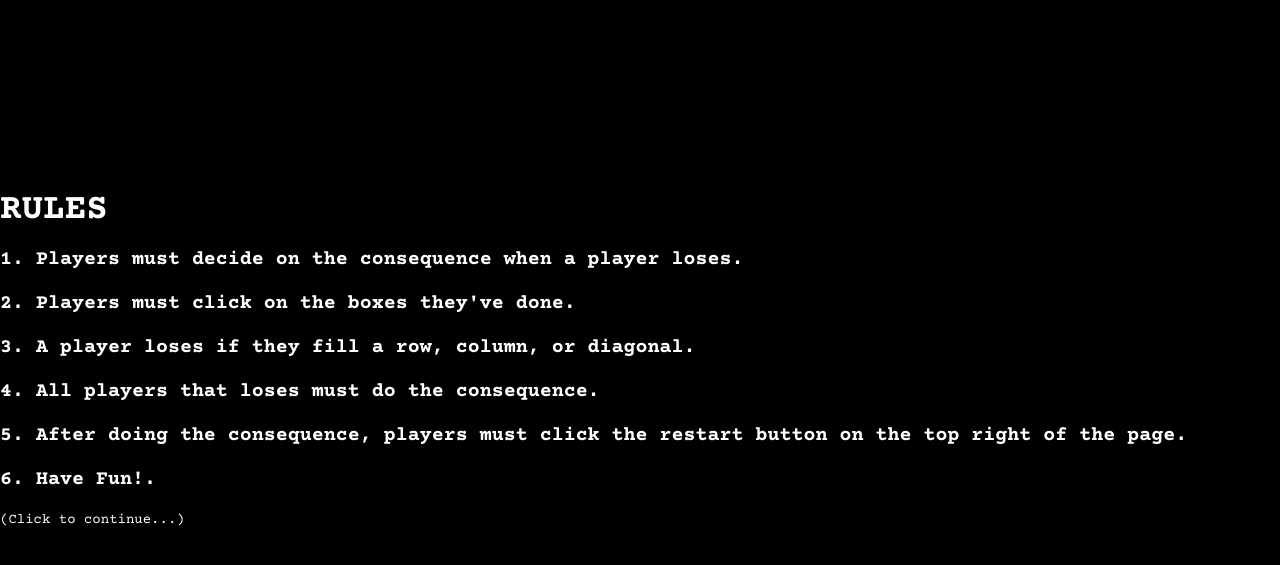
Repository: Jeysmeister/sensoryminds-bingo
Page: /
An editor plug-in stored every save of this project. The page is shown before and after the next save, followed by the edit.
The browser window is 1280 px wide. The pictures show the whole page.
The project was rebuilt for these pictures with package versions that can differ from the ones it lists, and the page was loaded fresh each time. The framework's server and built-in components were replaced by stand-ins that run in the browser. Also part of the build but not shown: next.config.ts.

Above is the page before, as saved 2024-11-12 18:06:28.

### app/layout.tsx
import type { Metadata } from "next";
import { Courier_Prime } from "next/font/google";
import "./globals.css";
import Header from "./components/Header";

export const metadata: Metadata = {
  title: "Never have I BINGO",
  description: "Sensory Minds Front-End Coding Challenge",
};

const courier = Courier_Prime({
  subsets: ["latin"],
  weight: ["400", "700"],
});

export default function RootLayout({
  children,
}: Readonly<{
  children: React.ReactNode;
}>) {
  return (
    <html lang="en">
      <body className={`${courier.className} antialiased`}>{children}</body>
    </html>
  );
}

### app/page.tsx
import { neverHaveIEverQuestions } from "@/data/questions";
import BingoCard from "./components/BingoCard";
import Header from "./components/Header";

export default function Home() {
  const getRandomQuestions = (count: number) => {
    const shuffled = [...neverHaveIEverQuestions].sort(() => 0.5 - Math.random());
    return shuffled.slice(0, count);
  };
  const questions = getRandomQuestions(24);
  return (
    <div className="flex w-screen overflow-hidden">
      {/* <div className="cursor-pointer">
        <div className="w-screen h-screen flex justify-center items-center text-white bg-black flex-col gap-4">
          <div className="text-xl font-bold">Welcome to</div> <div className="text-4xl font-bold">NEVER HAVE I BINGO</div>
          <div className="text-sm">(Click to continue...)</div>
        </div>
      </div> */}
      <div className="cursor-pointer">
        <div className="w-screen h-screen flex justify-center items-start text-white bg-black flex-col gap-4">
          <div className="text-4xl font-extrabold">RULES</div>
          <div className="text-xl font-bold">1. Players must decide on the consequence when a player loses.</div>
          <div className="text-xl font-bold">2. Players must click on the boxes they've done.</div>
          <div className="text-xl font-bold">3. A player loses if they fill a row, column, or diagonal.</div>
          <div className="text-xl font-bold">4. All players that loses must do the consequence.</div>
          <div className="text-xl font-bold">5. After doing the consequence, players must click the restart button on the top right of the page.</div>
          <div className="text-xl font-bold">6. Have Fun!.</div>
          <div className="text-sm">(Click to continue...)</div>
        </div>
      </div>
      {/* <div className="w-screen h-screen flex flex-col justify-center items-center">
        <Header />
        <BingoCard questions={questions} />
      </div> */}
    </div>
  );
}

### data/questions.ts
export const neverHaveIEverQuestions = [
  "laughed so hard I snorted",
  "eaten a whole pizza by myself",
  "stayed up all night binge-watching a series",
  "danced in the rain",
  "tried to learn another language just to impress someone",
  "accidentally texted the wrong person",
  "pretended to know a celebrity",
  "had a nightmare about work or school",
  "played a prank on a teacher or boss",
  "gone skinny dipping",
  "gotten lost in an amusement park",
  "been on a blind date",
  "pretended to be on a cooking show while making food",
  "locked myself out of my house",
  "forgotten an important anniversary or birthday",
  "tried a weird food combination that I ended up loving",
  "cried during a movie",
  "played a video game all night",
  "forgotten someone's name right after meeting them",
  "laughed at a joke I didn't get",
  "sung karaoke in public",
  "cried at a wedding",
  "been the last one awake at a sleepover",
  "tried to start a fire without matches or a lighter",
  "accidentally sent a message to the wrong person",
  "made up an excuse to get out of a date",
  "accidentally walked into the wrong restroom",
  "gotten a tattoo I regretted",
  "pretended to like a gift I didn't like",
  "been on a roller coaster",
  "cried during a song",
  "fainted in public",
  "had my phone fall in water",
  "pretended to be sick to skip school or work",
  "done a backflip",
  "lied to my best friend",
  "been scared of clowns",
  "cried at a concert",
  "sang in the shower",
  "had a crush on a teacher",
  "broken a bone",
  "eaten food that was still frozen",
  "gotten stitches",
  "driven a car",
  "ridden a motorcycle",
  "been to a haunted house",
  "been on TV",
  "been afraid of the dark",
  "been stuck in an elevator",
  "lost my wallet",
  "cooked an elaborate meal for myself",
  "accidentally broken a friend's item and didn't tell them",
  "regretted a social media post",
  "missed a flight",
  "forgotten my passport while traveling",
  "made a mess and left it for someone else to clean",
  "skipped school or work for a road trip",
  "written a poem for someone",
  "fallen asleep on public transportation and missed my stop",
  "said 'you too' when a cashier said 'enjoy your meal'",
  "been told I look like a celebrity",
  "stayed up all night talking to someone",
  "gone to a costume party as myself",
  "bought something just for the packaging",
  "tried to do the splits",
  "put something back on the shelf after deciding not to buy it",
  "worn pajamas in public",
  "ordered an item of food just to take a picture of it",
  "walked into a glass door",
  "gone somewhere just for the free food",
  "tried a dance move from a music video",
  "lost something important and found it years later",
  "kept a plant alive for over a year",
  "given a fake name at a coffee shop",
  "forgotten where I parked my car",
  "forgotten my own phone number",
  "sent a text while angry that I regretted later",
  "watched an entire series in a single day",
  "had a song stuck in my head for days",
  "missed an important event because I overslept",
  "gotten sunburned so badly I peeled",
  "tried to ice skate and fallen",
  "been in a flash mob",
  "left a comment on a stranger's social media",
  "gone to the movies alone",
  "pretended to understand something I didn't",
  "stolen something small from a hotel",
  "broken a bone and not realized it immediately",
  "sent an email without proofreading it first",
  "taken a personality quiz online",
  "signed up for something I didn't want just for a freebie",
  "gotten a scar from something silly",
  "apologized to an object after bumping into it",
  "lost track of time while browsing the internet",
  "taken a selfie with a pet",
  "stayed in pajamas all day",
  "been seasick",
  "seen a ghost",
  "tried to play matchmaker for friends",
  "pretended I knew the words to a song",
  "kept a secret for over a year",
  "ate something weird just to prove I could",
  "looked up my own name on the internet",
  "changed my hairstyle on a whim",
  "put salt in coffee or tea by accident",
  "eaten a whole cake by myself",
  "watched a movie and fell asleep halfway through",
  "had an imaginary friend",
  "been to a concert",
  "eaten food that was past its expiration date",
  "accidentally called someone by the wrong name",
  "broken something expensive and blamed it on someone else",
  "spent more than $100 on something I didn’t need",
  "used someone else's toothbrush",
  "tried to eat something spicy and regretted it immediately",
  "posted something embarrassing online",
  "tried to flirt and failed miserably",
  "lied about my age",
  "been on a dating app",
  "used a fake ID",
  "faked being sick to avoid something",
  "lived in a place that wasn’t my own",
  "kept something from my childhood",
  "had a pet that wasn’t a dog or cat",
  "faked a phone call",
  "ate something because it was trendy",
  "thought I was going to die at some point",
  "slept through an alarm",
  "danced in front of a mirror",
  "sang in front of a mirror",
  "had a food fight",
  "tried to become friends with someone just because they were popular",
  "stalked someone on social media",
  "tried to break up with someone but didn’t",
  "had a crush on a fictional character",
  "joined a group just to get discounts",
  "told someone a secret and regretted it",
  "ate something I didn’t like to be polite",
  "cheated on a test",
  "used a burner phone",
  "felt awkward in a social setting",
  "kept a childhood toy",
  "threw a surprise party for someone",
  "accidentally walked into a room full of people while I was on a video call",
  "joined a club to meet new people",
  "went on a blind date",
  "helped a friend cheat on an exam",
  "had a weird pet",
  "forgotten to charge my phone",
  "called in sick to work when I wasn’t",
  "been caught stealing something",
  "tried to take a shortcut that ended up being longer",
  "left a store without paying for something",
  "made a fake profile to prank someone",
  "kept a really embarrassing thing secret from my family",
  "met someone famous",
  "slept through an important meeting",
  "had a crush on a teacher",
  "sang in public",
  "had a bad haircut and didn’t tell anyone",
  "used a dating app without success",
  "snuck into a movie",
  "made a prank phone call",
  "used someone’s Netflix account without permission",
  "went on a vacation alone",
  "used a discount code that wasn’t meant for me",
  "accidentally wore mismatched socks",
  "tried a weird life hack that didn’t work",
  "got scammed online",
  "eaten an entire chocolate bar in one sitting",
  "seen something creepy and didn’t tell anyone",
  "been told to be quiet in a library",
  "been to a theme park with friends",
  "gotten in trouble for something I didn’t do",
  "had a fashion disaster",
  "was a picky eater when I was younger",
  "accidentally liked an old photo on social media",
  "wore sunglasses inside",
  "stayed up late for no reason",
  "had an awkward family gathering",
  "been called out in a public place",
  "tried to impress someone and failed",
  "lost a bet and had to do something silly",
  "said something inappropriate in front of my parents",
  "been to a concert of a band I didn’t like",
  "laughed during a serious moment",
  "tried to sell something I didn’t need",
  "talked to someone only to realize I had met them before",
  "tried to skip a line and got caught",
  "ate food that was not prepared by me",
  "tried to fix something and made it worse",
  "was shocked by something that turned out to be a prank",
  "pretended to be asleep when someone walked in",
  "had a crush on someone for a long time without telling them",
  "spent too much money on coffee",
  "missed a major event because I overslept",
  "sent a message to the wrong person by accident",
  "accidentally made an embarrassing sound in public",
  "looked up how to do something but still couldn’t",
  "tried to impress someone with a talent I didn’t have",
  "tried a food that sounded good but tasted bad",
  "was caught talking to myself in public",
  "made a mess and didn’t clean it up",
  "was caught eavesdropping on a conversation",
  "spent more than I planned on something",
  "told someone I was busy when I wasn’t",
  "went somewhere just for the food",
  "tried to act cool but failed",
  "lost something and then found it in a place I looked earlier",
  "spent an entire day in my pajamas",
  "tried a DIY project and it turned out horrible",
  "pretended to be an expert at something",
  "laughed at a joke I didn’t understand",
  "accidentally sent a text with a typo to my boss",
  "talked to someone for a while only to realize they weren’t who I thought",
  "tried to speak another language and failed",
  "got caught in a lie",
  "accidentally said something inappropriate",
  "pretended to know how to drive but didn’t",
  "lost my phone and found it in the last place I looked",
  "ate something and immediately regretted it",
  "been surprised by a surprise party",
  "sung a song in the car like it was a concert",
  "pretended to be sick to avoid work",
  "had a pet that I wasn’t responsible for",
  "been on a reality TV show",
  "eaten a whole bag of chips in one sitting",
  "watched something on Netflix that was totally embarrassing",
  "forgotten to reply to a message for a week",
  "gotten lost and found my way by asking for directions",
  "been embarrassed by my own joke",
  "told a bad joke that no one laughed at",
  "forgotten my own birthday",
  "failed a simple task",
  "been caught stealing something small",
  "spied on someone without their knowledge",
  "drank coffee at midnight",
  "accidentally sent a selfie to the wrong person",
  "made a huge mistake at work",
  "accidentally dyed my hair a weird color",
  "acted like I knew something but didn’t",
  "forgotten where I put my phone",
  "told a fib that backfired",
  "shared a secret that wasn’t mine to share",
];

Loaded but not shown: app/globals.css (common file); tailwind.config.ts (common file)

After the next save:
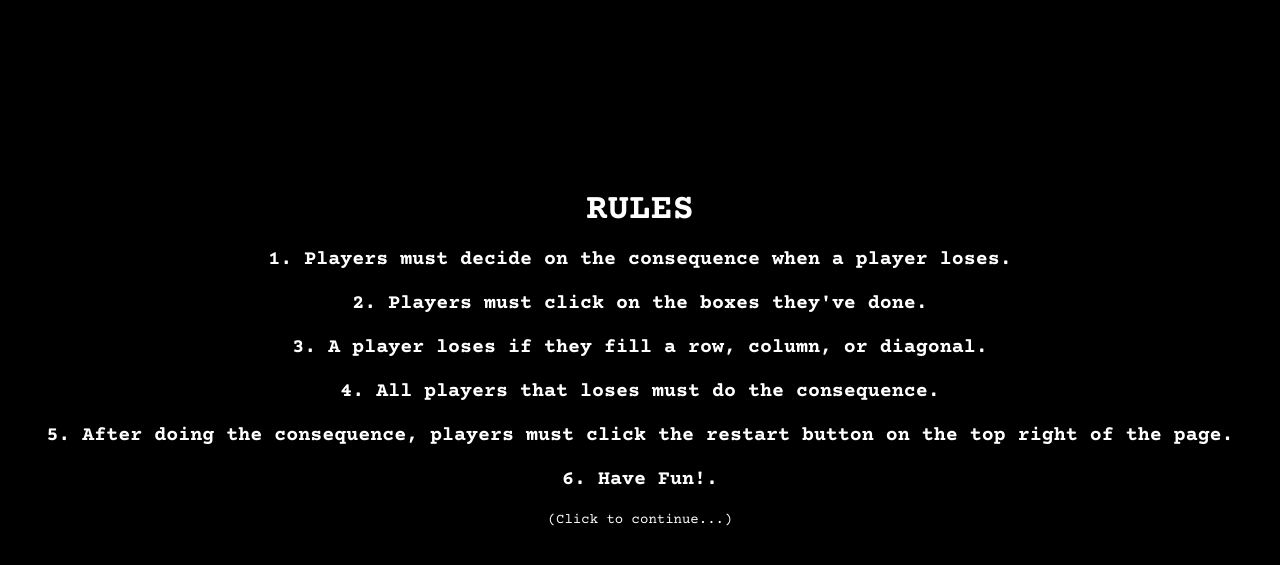
Saved 8 s later.
--- a/app/page.tsx
+++ b/app/page.tsx
@@ -17,9 +17,9 @@ export default function Home() {
         </div>
       </div> */}
       <div className="cursor-pointer">
-        <div className="w-screen h-screen flex justify-center items-start text-white bg-black flex-col gap-4">
+        <div className="w-screen h-screen flex justify-center items-center text-white bg-black flex-col gap-4">
           <div className="text-4xl font-extrabold">RULES</div>
-          <div className="text-xl font-bold">1. Players must decide on the consequence when a player loses.</div>
+          <div className="text-xl font-bold text-left">1. Players must decide on the consequence when a player loses.</div>
           <div className="text-xl font-bold">2. Players must click on the boxes they've done.</div>
           <div className="text-xl font-bold">3. A player loses if they fill a row, column, or diagonal.</div>
           <div className="text-xl font-bold">4. All players that loses must do the consequence.</div>
